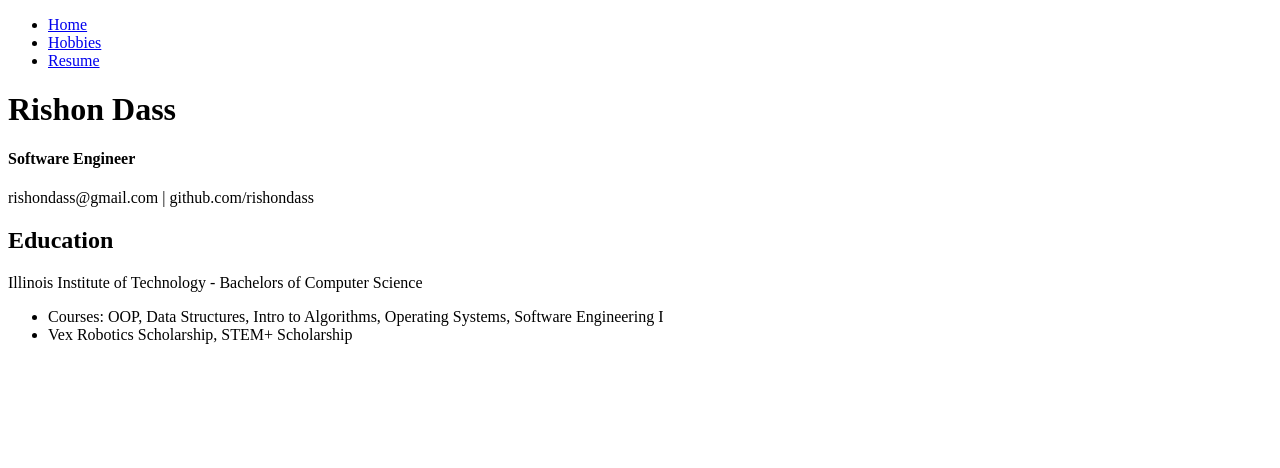
Repository: rishondass/ITMD361-Project1
Page: resume.html
The author's editor kept a copy of each file at every save. The page is drawn from the files as they stood at one save, then again after a run of saves.
The browser window is 1280 px wide. The pictures show the whole page.

Above is the page before, as saved 2023-02-22 15:21:05.

### resume.html
<!DOCTYPE html>
<html lang="en">
<head>
    <meta charset="UTF-8">
    <meta name="viewport" content="width=device-width, initial-scale=1.0">
    <title>Resume</title>
</head>
<body>
    <nav>
        <ul>
            <li>
                <a href="index.html">Home</a>
            </li>
            <li>
                <a href="hobbies.html">Hobbies</a>
            </li>
            <li>
                <a href="resume.html">Resume</a>
            </li>
        </ul>
    </nav>
    <div>
        <h1>
            Rishon Dass
        </h1>
        <h4>
            Software Engineer
        </h4>
        <p>
            rishondass@gmail.com | github.com/rishondass
        </p>
    </div>
    <div>
        <h2>
            Education
        </h2>
        <p>
            Illinois Institute of Technology - Bachelors of Computer Science
        </p>
        <ul>
            <li>
                Courses: OOP, Data Structures, Intro to Algorithms, Operating Systems, Software Engineering I
            </li>
            <li>
                Vex Robotics Scholarship, STEM+ Scholarship
            </li>
        </ul>
    </div>

</body>
</html>

After the next 3 saves:
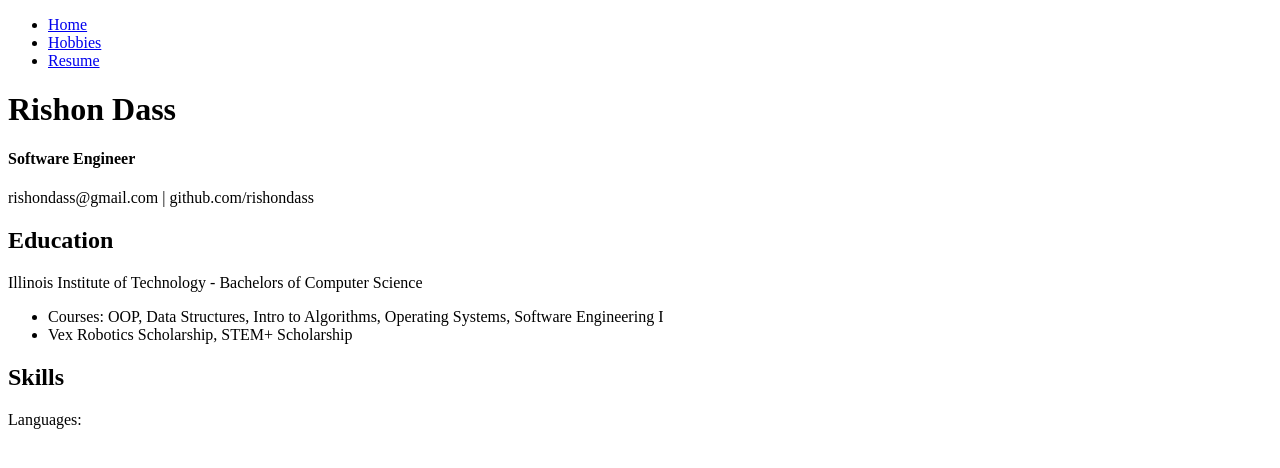
The 3 saves are shown as one change because they came seconds apart.
The last was saved 9 s later.
--- a/resume.html
+++ b/resume.html
@@ -46,6 +46,13 @@
             </li>
         </ul>
     </div>
-
+    <div>
+        <h2>
+            Skills
+        </h2>
+        <p>
+            Languages:
+        </p>
+    </div>
 </body>
 </html>
